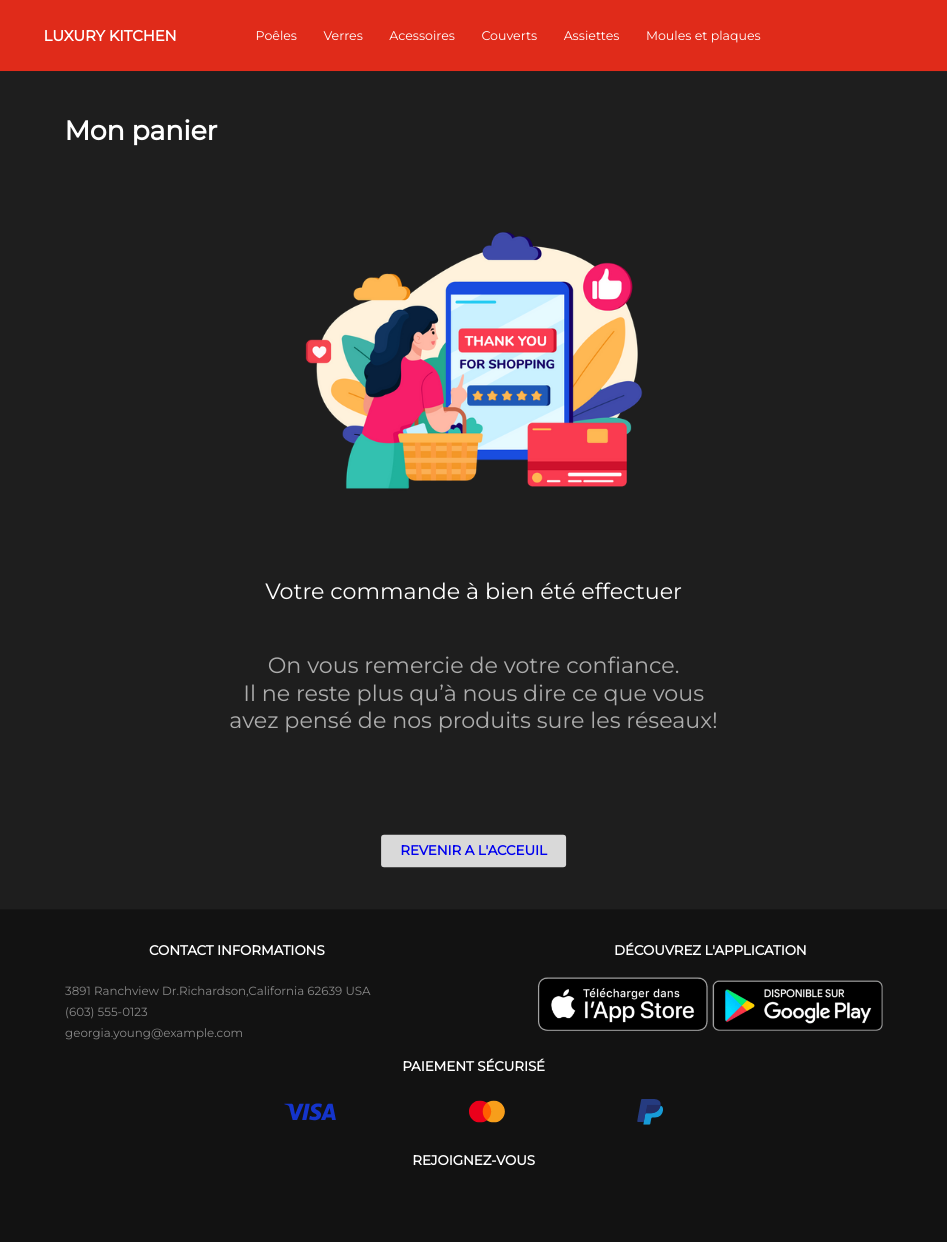
Repository: Juannpl/Luxury-Kicthen
Page: html/validation.html
An editor plug-in stored every save of this project. The page is shown before and after a run of saves, followed by the edit.
The browser window is 1280 px wide. The pictures show the whole page, at 74% of full size.
Some icons come from a web library that is not loaded, so they are not drawn.

Above is the page before, as saved 2023-02-17 09:29:09.

After the next 4 saves:
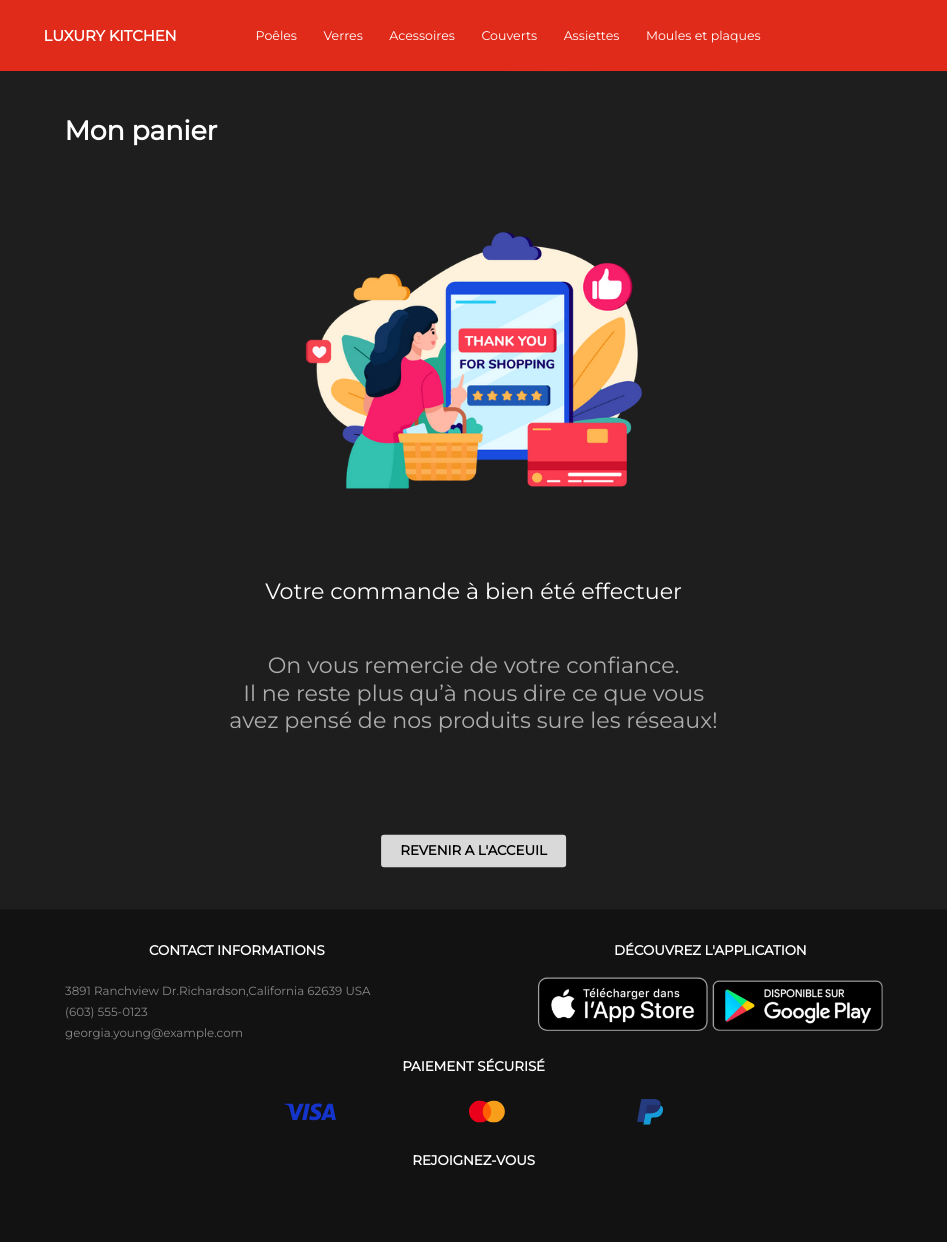
The 4 saves are shown as one change because they came seconds apart.
The last was saved 12 s later.
--- a/css/panier_vide.css
+++ b/css/panier_vide.css
@@ -36,10 +36,7 @@ main{
     margin-top: 4em;
 }
 
-.btn_blancc{
-    font-weight: 600;
-    font-size: 18px;
-    background-color: rgba(217, 217, 217, 1);
+.btn_blancc a{
     color: black;
 }
 
